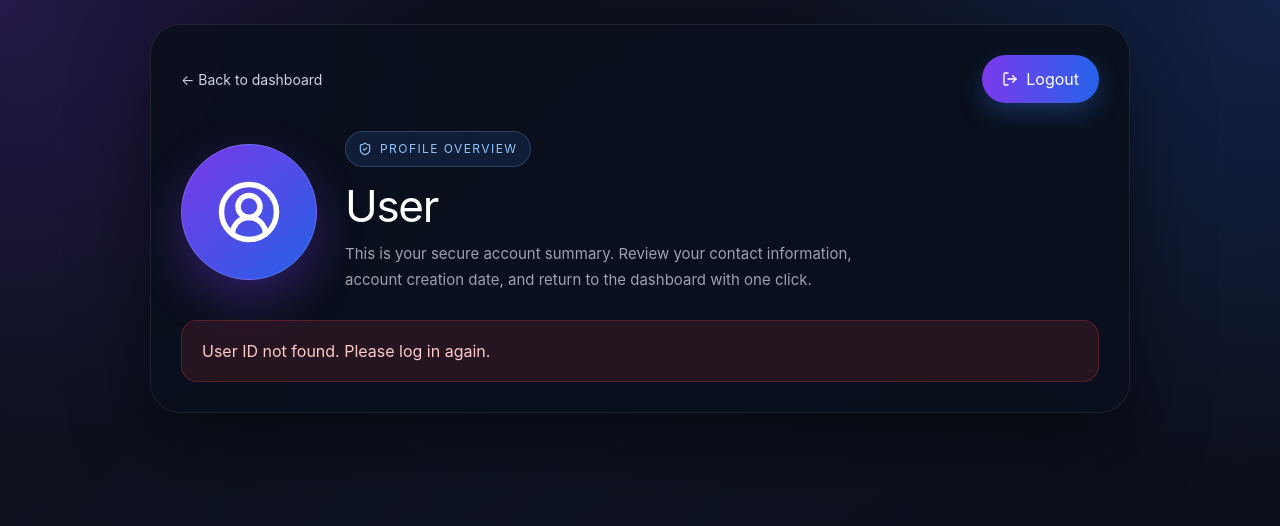
Repository: Gazal1116/Reliefsync
Page: /profile (app in Frontend/)
An editor plug-in stored every save of this project. The page is shown before and after the next save, followed by the edit.
The browser window is 1280 px wide. The pictures show the whole page.
The project was rebuilt for these pictures with package versions that can differ from the ones it lists, and the page was loaded fresh each time. Also part of the build but not shown: Frontend/vite.config.js, Frontend/src/components/home.jsx, Frontend/src/components/register.jsx, Frontend/src/components/login.jsx, Frontend/src/components/reliefrequest.jsx.

Above is the page before, as saved 2026-04-27 17:02:02.

### Frontend/index.html
<!doctype html>
<html lang="en">
  <head>
    <meta charset="UTF-8" />
    <link rel="icon" type="image/svg+xml" href="/vite.svg" />
    <meta name="viewport" content="width=device-width, initial-scale=1.0" />
    <title>reliefsync</title>
  </head>
  <body>
    <div id="root"></div>
    <script type="module" src="/src/main.jsx"></script>
  </body>
</html>

### Frontend/src/index.css
/* stylelint-disable */
@tailwind base;
@tailwind components;
@tailwind utilities;

### Frontend/src/App.jsx
import { BrowserRouter, Routes, Route } from "react-router-dom";
import Home from "./components/home";
import Register from "./components/register";
import Login from "./components/login";
import ReliefRequests from "./components/reliefrequest";
import Profile from "./components/profile";

function App() {
  return (
    <BrowserRouter>
      <Routes>
        <Route path="/" element={<Home />} />
        <Route path="/register" element={<Register />} />
        <Route path="/login" element={<Login />} />
        <Route path="/dashboard" element={<ReliefRequests />} />
        <Route path="/profile" element={<Profile />} />
        <Route path="/request" element={<ReliefRequests />} />
      </Routes>
    </BrowserRouter>
  );
}

export default App;

### Frontend/src/components/profile.jsx
import { useEffect, useState } from "react";
import { Link, useNavigate } from "react-router-dom";
import { CalendarDays, CircleUserRound, LogOut, Mail, PencilLine, ShieldCheck, Sparkles, User } from "lucide-react";

function formatDate(dateValue) {
  if (!dateValue) return "Not available";

  const date = new Date(dateValue);
  if (Number.isNaN(date.getTime())) return "Not available";

  return date.toLocaleDateString(undefined, {
    year: "numeric",
    month: "long",
    day: "numeric",
  });
}

async function readJsonSafely(response) {
  const contentType = response.headers.get("content-type") || "";

  if (contentType.includes("application/json")) {
    return response.json();
  }

  const text = await response.text();

  try {
    return JSON.parse(text);
  } catch {
    return { message: text || "Unexpected server response" };
  }
}

function ProfileCard({ icon: Icon, label, value, accent = "#93c5fd" }) {
  return (
    <div
      style={{
        background: "rgba(255,255,255,0.04)",
        border: "1px solid rgba(255,255,255,0.08)",
        borderRadius: "22px",
        padding: "18px 20px",
        boxShadow: "0 14px 30px rgba(0,0,0,0.18)",
      }}
    >
      <div style={{ display: "flex", alignItems: "center", gap: "10px", color: accent, marginBottom: "10px" }}>
        <Icon size={18} />
        <span style={{ fontSize: "12px", textTransform: "uppercase", letterSpacing: "0.12em" }}>{label}</span>
      </div>
      <div style={{ fontSize: "18px", fontWeight: 600, color: "#ffffff", wordBreak: "break-word" }}>
        {value}
      </div>
    </div>
  );
}

function Profile() {
  const navigate = useNavigate();
  const userId = localStorage.getItem("userId");
  const token = localStorage.getItem("relief_token");

  const [profile, setProfile] = useState(null);
  const [formData, setFormData] = useState({
    name: "",
    email: "",
    phone: "",
    location: "",
    bio: "",
    avatar: "",
  });
  const [loading, setLoading] = useState(true);
  const [saving, setSaving] = useState(false);
  const [successMessage, setSuccessMessage] = useState("");
  const [error, setError] = useState("");

  const normalizeErrorMessage = (message) => {
    const text = (message || "").toString();
    if (text.includes("<!DOCTYPE") || text.includes("<html")) {
      return "Profile API not reachable. Restart backend and try again.";
    }
    return text || "Something went wrong";
  };

  useEffect(() => {
    const loadProfile = async () => {
      if (!userId) {
        setError("User ID not found. Please log in again.");
        setLoading(false);
        return;
      }

      try {
        const response = await fetch(`http://localhost:5000/api/user/profile/${userId}`, {
          headers: {
            Authorization: `Bearer ${token}`,
          },
        });

        const data = await readJsonSafely(response);

        if (!response.ok) {
          throw new Error(data.message || "Failed to load profile");
        }

        setProfile(data.user);
        setFormData({
          name: data.user?.name || "",
          email: data.user?.email || "",
          phone: data.user?.phone || "",
          location: data.user?.location || "",
          bio: data.user?.bio || "",
          avatar: data.user?.avatar || "",
        });
      } catch (fetchError) {
        setError(normalizeErrorMessage(fetchError.message));
      } finally {
        setLoading(false);
      }
    };

    loadProfile();
  }, [token, userId]);

  const handleLogout = () => {
    localStorage.removeItem("userId");
    localStorage.removeItem("relief_token");
    localStorage.removeItem("relief_user");
    navigate("/login", { replace: true });
  };

  const handleChange = (event) => {
    const { name, value } = event.target;
    setFormData((prev) => ({ ...prev, [name]: value }));
  };

  const handlePhotoUpload = (event) => {
    const file = event.target.files?.[0];
    if (!file) return;

    const reader = new FileReader();
    reader.onload = () => {
      setFormData((prev) => ({ ...prev, avatar: reader.result || "" }));
    };
    reader.readAsDataURL(file);
  };

  const handleSaveProfile = async (event) => {
    event.preventDefault();
    setSaving(true);
    setSuccessMessage("");
    setError("");

    try {
      const response = await fetch(`http://localhost:5000/api/user/profile/${userId}`, {
        method: "PATCH",
        headers: {
          "Content-Type": "application/json",
          Authorization: `Bearer ${token}`,
        },
        body: JSON.stringify(formData),
      });

      const data = await readJsonSafely(response);

      if (!response.ok) {
        throw new Error(data.message || "Unable to update profile");
      }

      setProfile(data.user);
      setSuccessMessage("Profile updated successfully.");
    } catch (saveError) {
      setError(normalizeErrorMessage(saveError.message));
    } finally {
      setSaving(false);
    }
  };

  const displayName = profile?.name?.trim() || "User";
  const avatarSource = formData.avatar || profile?.avatar || "";

  return (
    <div
      style={{
        minHeight: "100vh",
        background:
          "radial-gradient(circle at top left, rgba(124,58,237,0.22), transparent 30%), radial-gradient(circle at top right, rgba(37,99,235,0.20), transparent 32%), linear-gradient(135deg, #0b0f1a 0%, #0e1322 48%, #0b0f1a 100%)",
        padding: "24px",
        color: "#e5e7eb",
        fontFamily: "Inter, system-ui, sans-serif",
      }}
    >
      <div
        style={{
          maxWidth: "980px",
          margin: "0 auto",
          background: "rgba(10, 15, 28, 0.88)",
          border: "1px solid rgba(255,255,255,0.08)",
          borderRadius: "30px",
          boxShadow: "0 28px 80px rgba(0,0,0,0.48)",
          padding: "30px",
          backdropFilter: "blur(18px)",
        }}
      >
        <div style={{ display: "flex", justifyContent: "space-between", gap: "16px", alignItems: "center", flexWrap: "wrap", marginBottom: "28px" }}>
          <Link
            to="/dashboard"
            style={{
              color: "#cbd5e1",
              textDecoration: "none",
              fontSize: "14px",
            }}
          >
            ← Back to dashboard
          </Link>

          <button
            type="button"
            onClick={handleLogout}
            style={{
              border: "none",
              borderRadius: "999px",
              padding: "12px 20px",
              color: "white",
              cursor: "pointer",
              background: "linear-gradient(90deg, #7c3aed 0%, #2563eb 100%)",
              display: "inline-flex",
              alignItems: "center",
              gap: "8px",
              boxShadow: "0 10px 24px rgba(59,130,246,0.28)",
            }}
          >
            <LogOut size={16} />
            Logout
          </button>
        </div>

        <div
          style={{
            display: "grid",
            gridTemplateColumns: "minmax(120px, 140px) 1fr",
            gap: "24px",
            alignItems: "center",
            marginBottom: "28px",
          }}
        >
          <div
            style={{
              width: "136px",
              height: "136px",
              borderRadius: "50%",
              background: "linear-gradient(135deg, rgba(124,58,237,0.98), rgba(37,99,235,0.98))",
              display: "grid",
              placeItems: "center",
              boxShadow: "0 20px 48px rgba(124,58,237,0.33)",
              border: "1px solid rgba(255,255,255,0.16)",
              overflow: "hidden",
            }}
          >
            {avatarSource ? (
              <img
                src={avatarSource}
                alt="Profile avatar"
                style={{ width: "100%", height: "100%", objectFit: "cover" }}
              />
            ) : (
              <CircleUserRound size={66} color="#fff" />
            )}
          </div>

          <div>
            <div
              style={{
                display: "inline-flex",
                alignItems: "center",
                gap: "8px",
                padding: "8px 12px",
                borderRadius: "999px",
                background: "rgba(59,130,246,0.12)",
                color: "#93c5fd",
                border: "1px solid rgba(147,197,253,0.22)",
                marginBottom: "16px",
                fontSize: "12px",
                letterSpacing: "0.12em",
                textTransform: "uppercase",
              }}
            >
              <ShieldCheck size={14} />
              Profile Overview
            </div>

            <h1 style={{ fontSize: "clamp(30px, 4vw, 44px)", lineHeight: 1.05, margin: 0, color: "#ffffff", letterSpacing: "-0.03em" }}>
              {displayName}
            </h1>

            <p style={{ marginTop: "12px", color: "#9ca3af", fontSize: "15px", maxWidth: "58ch", lineHeight: 1.7 }}>
              This is your secure account summary. Review your contact information, account creation date, and return to the dashboard with one click.
            </p>
          </div>
        </div>

        {loading ? (
          <div
            style={{
              padding: "30px",
              textAlign: "center",
              color: "#cbd5e1",
              background: "rgba(255,255,255,0.03)",
              borderRadius: "22px",
              border: "1px solid rgba(255,255,255,0.06)",
            }}
          >
            Loading profile...
          </div>
        ) : error ? (
          <div
            style={{
              padding: "18px 20px",
              background: "rgba(239,68,68,0.12)",
              color: "#fecaca",
              borderRadius: "16px",
              border: "1px solid rgba(239,68,68,0.25)",
            }}
          >
            {error}
          </div>
        ) : (
          <div style={{ display: "grid", gap: "20px" }}>
            <div style={{ display: "grid", gap: "16px", gridTemplateColumns: "repeat(auto-fit, minmax(240px, 1fr))" }}>
              <ProfileCard icon={User} label="User Name" value={profile?.name || "Not available"} accent="#c4b5fd" />
              <ProfileCard icon={Mail} label="Email Address" value={profile?.email || "Not available"} accent="#93c5fd" />
              <ProfileCard icon={User} label="Mobile Number" value={profile?.phone || "Not available"} accent="#f9a8d4" />
              <ProfileCard icon={CalendarDays} label="Account Creation Date" value={formatDate(profile?.createdAt)} accent="#86efac" />
            </div>

            <form onSubmit={handleSaveProfile} style={{ display: "grid", gridTemplateColumns: "repeat(auto-fit, minmax(220px, 1fr))", gap: "16px" }}>
              <div style={{ background: "rgba(255,255,255,0.04)", border: "1px solid rgba(255,255,255,0.08)", borderRadius: "22px", padding: "20px" }}>
                <p style={{ margin: 0, fontSize: "12px", textTransform: "uppercase", letterSpacing: "0.12em", color: "#93c5fd" }}>
                  Profile Photo
                </p>
                <input
                  type="file"
                  accept="image/*"
                  onChange={handlePhotoUpload}
                  style={{ marginTop: "14px", width: "100%", color: "#cbd5e1" }}
                />
              </div>

              <div style={{ background: "rgba(255,255,255,0.04)", border: "1px solid rgba(255,255,255,0.08)", borderRadius: "22px", padding: "20px" }}>
                <p style={{ margin: 0, fontSize: "12px", textTransform: "uppercase", letterSpacing: "0.12em", color: "#93c5fd" }}>
                  Account Status
                </p>
                <div style={{ marginTop: "10px", display: "inline-flex", alignItems: "center", gap: "8px", padding: "8px 12px", borderRadius: "999px", background: "rgba(16,185,129,0.12)", color: "#a7f3d0", border: "1px solid rgba(16,185,129,0.2)" }}>
                  <Sparkles size={14} />
                  Active and secure
                </div>
              </div>

              <div style={{ background: "rgba(255,255,255,0.04)", border: "1px solid rgba(255,255,255,0.08)", borderRadius: "22px", padding: "20px" }}>
                <label style={{ fontSize: "12px", color: "#93c5fd", letterSpacing: "0.08em", textTransform: "uppercase" }}>
                  Full Name
                </label>
                <input
                  type="text"
                  name="name"
                  value={formData.name}
                  onChange={handleChange}
                  style={{ marginTop: "8px", width: "100%", background: "#0f172a", color: "#fff", border: "1px solid rgba(255,255,255,0.12)", borderRadius: "12px", padding: "11px" }}
                />
              </div>

              <div style={{ background: "rgba(255,255,255,0.04)", border: "1px solid rgba(255,255,255,0.08)", borderRadius: "22px", padding: "20px" }}>
                <label style={{ fontSize: "12px", color: "#93c5fd", letterSpacing: "0.08em", textTransform: "uppercase" }}>
                  Email
                </label>
                <input
                  type="email"
                  name="email"
                  value={formData.email}
                  onChange={handleChange}
                  style={{ marginTop: "8px", width: "100%", background: "#0f172a", color: "#fff", border: "1px solid rgba(255,255,255,0.12)", borderRadius: "12px", padding: "11px" }}
                />
              </div>

              <div style={{ background: "rgba(255,255,255,0.04)", border: "1px solid rgba(255,255,255,0.08)", borderRadius: "22px", padding: "20px" }}>
                <label style={{ fontSize: "12px", color: "#93c5fd", letterSpacing: "0.08em", textTransform: "uppercase" }}>
                  Mobile Number
                </label>
                <input
                  type="text"
                  name="phone"
                  value={formData.phone}
                  onChange={handleChange}
                  placeholder="Enter mobile number"
                  style={{ marginTop: "8px", width: "100%", background: "#0f172a", color: "#fff", border: "1px solid rgba(255,255,255,0.12)", borderRadius: "12px", padding: "11px" }}
                />
              </div>

              <div style={{ background: "rgba(255,255,255,0.04)", border: "1px solid rgba(255,255,255,0.08)", borderRadius: "22px", padding: "20px" }}>
                <label style={{ fontSize: "12px", color: "#93c5fd", letterSpacing: "0.08em", textTransform: "uppercase" }}>
                  Location
                </label>
                <input
                  type="text"
                  name="location"
                  value={formData.location}
                  onChange={handleChange}
                  placeholder="City, State"
                  style={{ marginTop: "8px", width: "100%", background: "#0f172a", color: "#fff", border: "1px solid rgba(255,255,255,0.12)", borderRadius: "12px", padding: "11px" }}
                />
              </div>

              <div style={{ gridColumn: "1 / -1", background: "rgba(255,255,255,0.04)", border: "1px solid rgba(255,255,255,0.08)", borderRadius: "22px", padding: "20px" }}>
                <label style={{ fontSize: "12px", color: "#93c5fd", letterSpacing: "0.08em", textTransform: "uppercase" }}>
                  Bio
                </label>
                <textarea
                  name="bio"
                  value={formData.bio}
                  onChange={handleChange}
                  rows={4}
                  placeholder="Tell us about yourself"
                  style={{ marginTop: "8px", width: "100%", background: "#0f172a", color: "#fff", border: "1px solid rgba(255,255,255,0.12)", borderRadius: "12px", padding: "11px", resize: "vertical" }}
                />
              </div>

              <div style={{ gridColumn: "1 / -1", display: "flex", gap: "12px", alignItems: "center", flexWrap: "wrap" }}>
                <button
                  type="submit"
                  disabled={saving}
                  style={{
                    border: "none",
                    borderRadius: "999px",
                    padding: "12px 18px",
                    color: "#fff",
                    cursor: saving ? "not-allowed" : "pointer",
                    opacity: saving ? 0.7 : 1,
                    background: "linear-gradient(90deg, #7c3aed 0%, #2563eb 100%)",
                    display: "inline-flex",
                    alignItems: "center",
                    gap: "8px",
                    boxShadow: "0 10px 24px rgba(59,130,246,0.28)",
                  }}
                >
                  <PencilLine size={16} />
                  {saving ? "Saving..." : "Save Profile"}
                </button>

                {successMessage && <span style={{ color: "#86efac" }}>{successMessage}</span>}
              </div>
            </form>
          </div>
        )}
      </div>
    </div>
  );
}

export default Profile;

Loaded but not shown: Frontend/src/main.jsx (common file); Frontend/tailwind.config.js (common file)

After the next save:
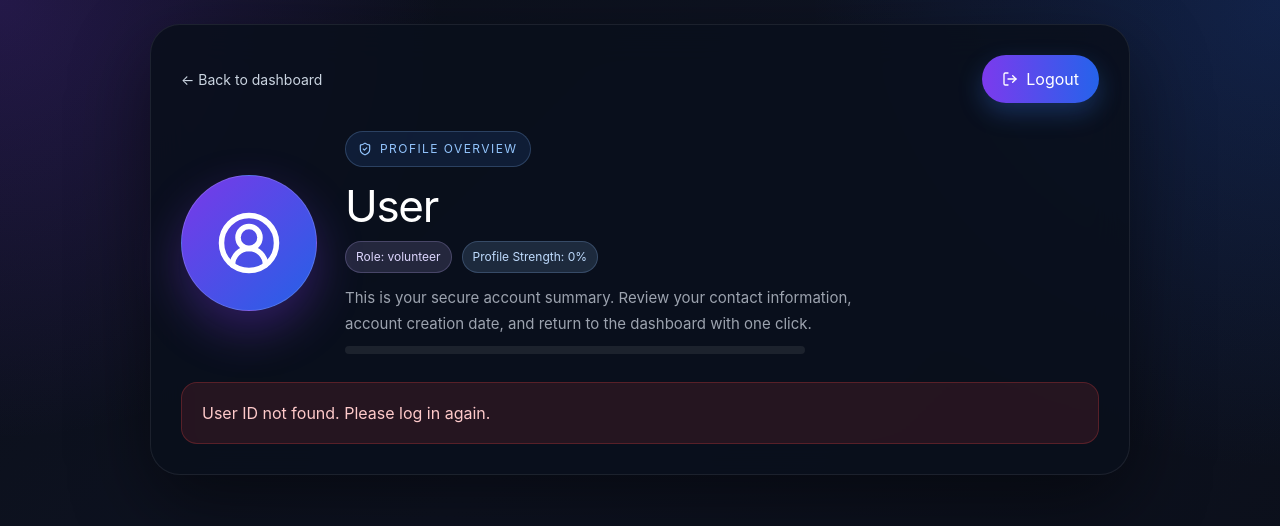
Saved 3 min 42 s later.
--- a/Frontend/src/components/profile.jsx
+++ b/Frontend/src/components/profile.jsx
@@ -1,6 +1,6 @@
 import { useEffect, useState } from "react";
 import { Link, useNavigate } from "react-router-dom";
-import { CalendarDays, CircleUserRound, LogOut, Mail, PencilLine, ShieldCheck, Sparkles, User } from "lucide-react";
+import { BadgeCheck, CalendarDays, CircleUserRound, LogOut, Mail, MapPin, PencilLine, Phone, ShieldCheck, Sparkles, User } from "lucide-react";
 
 function formatDate(dateValue) {
   if (!dateValue) return "Not available";
@@ -53,6 +53,20 @@ function ProfileCard({ icon: Icon, label, value, accent = "#93c5fd" }) {
   );
 }
 
+function calculateProfileStrength(profileData) {
+  const fields = [
+    profileData?.name,
+    profileData?.email,
+    profileData?.phone,
+    profileData?.location,
+    profileData?.bio,
+    profileData?.avatar,
+  ];
+
+  const filled = fields.filter((item) => typeof item === "string" && item.trim() !== "").length;
+  return Math.round((filled / fields.length) * 100);
+}
+
 function Profile() {
   const navigate = useNavigate();
   const userId = localStorage.getItem("userId");
@@ -176,6 +190,7 @@ function Profile() {
 
   const displayName = profile?.name?.trim() || "User";
   const avatarSource = formData.avatar || profile?.avatar || "";
+  const profileStrength = calculateProfileStrength(formData);
 
   return (
     <div
@@ -291,9 +306,31 @@ function Profile() {
               {displayName}
             </h1>
 
+            <div style={{ marginTop: "12px", display: "flex", gap: "10px", flexWrap: "wrap" }}>
+              <span style={{ padding: "6px 10px", borderRadius: "999px", background: "rgba(196,181,253,0.15)", color: "#ddd6fe", fontSize: "12px", border: "1px solid rgba(196,181,253,0.22)" }}>
+                Role: {profile?.role || "volunteer"}
+              </span>
+              <span style={{ padding: "6px 10px", borderRadius: "999px", background: "rgba(147,197,253,0.15)", color: "#bfdbfe", fontSize: "12px", border: "1px solid rgba(147,197,253,0.22)" }}>
+                Profile Strength: {profileStrength}%
+              </span>
+            </div>
+
             <p style={{ marginTop: "12px", color: "#9ca3af", fontSize: "15px", maxWidth: "58ch", lineHeight: 1.7 }}>
               This is your secure account summary. Review your contact information, account creation date, and return to the dashboard with one click.
             </p>
+
+            <div style={{ marginTop: "10px", maxWidth: "460px" }}>
+              <div style={{ height: "8px", borderRadius: "999px", background: "rgba(255,255,255,0.08)", overflow: "hidden" }}>
+                <div
+                  style={{
+                    width: `${profileStrength}%`,
+                    height: "100%",
+                    background: "linear-gradient(90deg, #7c3aed 0%, #2563eb 100%)",
+                    transition: "width 300ms ease",
+                  }}
+                />
+              </div>
+            </div>
           </div>
         </div>
 
@@ -324,10 +361,11 @@ function Profile() {
           </div>
         ) : (
           <div style={{ display: "grid", gap: "20px" }}>
-            <div style={{ display: "grid", gap: "16px", gridTemplateColumns: "repeat(auto-fit, minmax(240px, 1fr))" }}>
+            <div style={{ display: "grid", gap: "16px", gridTemplateColumns: "repeat(auto-fit, minmax(220px, 1fr))" }}>
               <ProfileCard icon={User} label="User Name" value={profile?.name || "Not available"} accent="#c4b5fd" />
               <ProfileCard icon={Mail} label="Email Address" value={profile?.email || "Not available"} accent="#93c5fd" />
-              <ProfileCard icon={User} label="Mobile Number" value={profile?.phone || "Not available"} accent="#f9a8d4" />
+              <ProfileCard icon={Phone} label="Mobile Number" value={profile?.phone || "Not available"} accent="#f9a8d4" />
+              <ProfileCard icon={MapPin} label="Location" value={profile?.location || "Not available"} accent="#fcd34d" />
               <ProfileCard icon={CalendarDays} label="Account Creation Date" value={formatDate(profile?.createdAt)} accent="#86efac" />
             </div>
 
@@ -351,6 +389,10 @@ function Profile() {
                 <div style={{ marginTop: "10px", display: "inline-flex", alignItems: "center", gap: "8px", padding: "8px 12px", borderRadius: "999px", background: "rgba(16,185,129,0.12)", color: "#a7f3d0", border: "1px solid rgba(16,185,129,0.2)" }}>
                   <Sparkles size={14} />
                   Active and secure
+                </div>
+                <div style={{ marginTop: "10px", display: "inline-flex", alignItems: "center", gap: "8px", padding: "8px 12px", borderRadius: "999px", background: "rgba(147,197,253,0.12)", color: "#bfdbfe", border: "1px solid rgba(147,197,253,0.2)" }}>
+                  <BadgeCheck size={14} />
+                  Identity verified
                 </div>
               </div>
 
